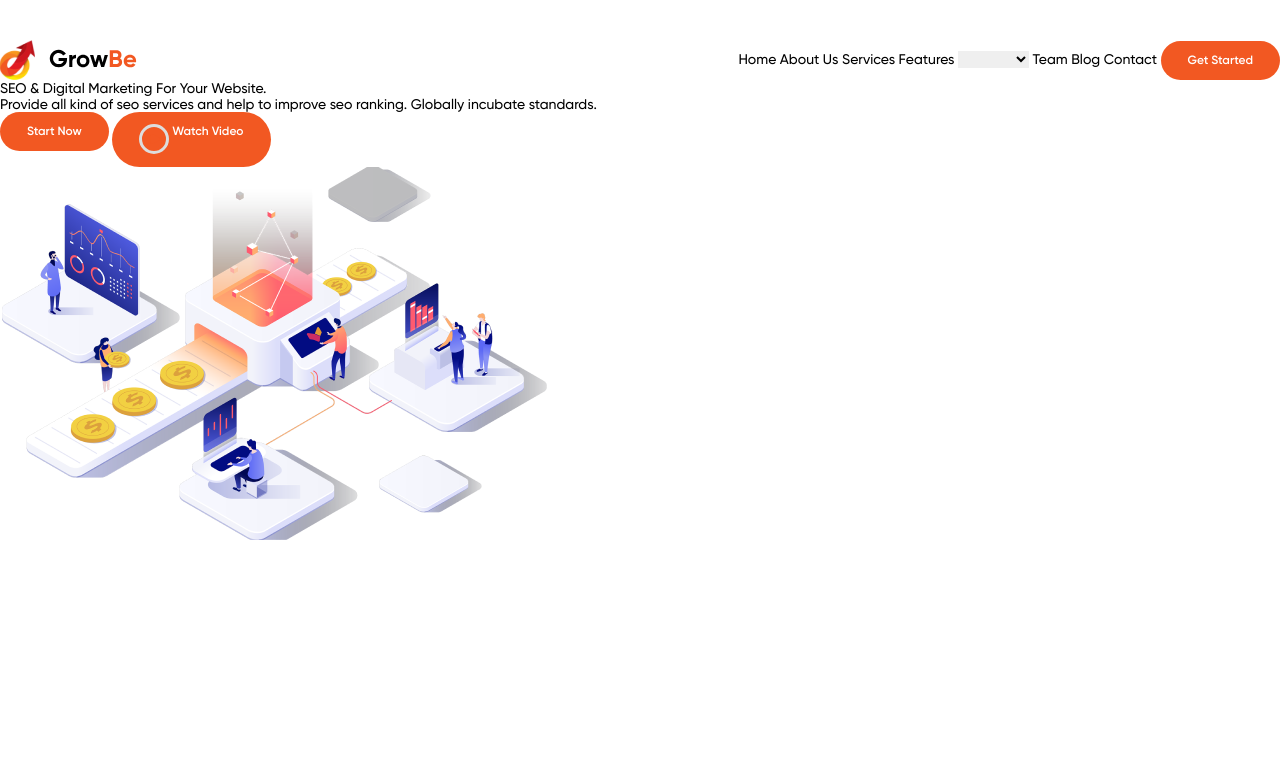
Repository: Alekseiy1980/GrowBe
Page: index.html
These files come from the project's save history. The page is drawn as it stood at one moment and after the next save; the edit follows.
The browser window is 1280 px wide. The pictures show the whole page.

Above is the page before, as saved 2024-01-20 13:00:43.

### index.html
<!DOCTYPE html>
<html lang="en">
<head>
    <meta charset="UTF-8">
    <meta name="viewport" content="width=device-width, initial-scale=1.0">

    <link rel="stylesheet" href="css/reset.css">
    <link rel="stylesheet" href="css/style.css">
    <title>GrowBe</title>
</head>
<body>
    <header>
        <div class="menu_bar">
            <div class="logo">
                <a class="logo-link" href="#">
                    <img src="/img/Logo.svg"  />
                </a>
            </div>
            <nav>
                <a class="menu menu_activ" href="@">Home</a>
                <a class="menu" href="@"> About Us</a>
                <a class="menu" href="@">Services</a>
                <label class="menu menu_label" for="pet-select">Features</label>
                    <select name="pets" id="pet-select">
                    <option value=""></option>
                    <option value="dog">Dog</option>
                    <option value="cat">Cat</option>
                    <option value="hamster">Hamster</option>
                    <option value="parrot">Parrot</option>
                    <option value="spider">Spider</option>
                    <option value="goldfish">Goldfish</option>
                    </select>

                <a class="menu" href="@">Team</a>
                <a class="menu" href="@">Blog</a>
                <a class="menu" href="@">Contact</a>
                <button class="btn_menu" type="button">Get Started</button>
            </nav>

        </div>
        <div class="home_meta">
            <div class="nome_content">
                <div class="home_title">
                    <h1>SEO & Digital <span>Marketing</span>  For Your Website.</h1>
                </div>
            <div class="sub_title">
                <p>Provide all kind of seo services and help to improve seo ranking. Globally incubate standards.</p>
            </div>
            <div class="btn_meta">
                <button class="btn_menu" type="button">Start Now</button>
                <button class="btn_menu" type="button">
                        <img
                            src="img/play.svg"
                            alt="play"
                            />
                    Watch Video</button>
            </div>
            </div>
            <div class="home_img">
                <img src="img/home_Image.png" alt="">
            </div>
        </div>
    </header>
</body>
</html>

### css/reset.css

* {
    padding: 0;
    margin: 0;
    border: 0;
}

*,
*::before,
*::after {
    -moz-box-sizing: border-box;
    -webkit-box-sizing: border-box;
    box-sizing: border-box;
}

:focus,
:active {
    outline: none;
}

a:focus,
a:active {
    outline: none;
}

nav,
footer,
header,
aside {
    display: block;
}

html,
body {
    height: 100%;
    width: 100%;
    font-size: 100%;
    line-height: 1;
    font-size: 14px;
    -ms-text-size-adjust: 100%;
    -moz-text-size-adjust: 100%;
    -webkit-text-size-adjust: 100%;
}

input,
button,
textarea {
    font-family: inherit;
}

input::-ms-clear {
    display: none;
}

button {
    cursor: pointer;
}

button::-moz-focus-inner {
    padding: 0;
    border: 0;
}

a,
a:visited {
    text-decoration: none;
}

a:hover {
    text-decoration: none;
}

ul li {
    list-style: none;
}

img {
    vertical-align: top;
}

h1,
h2,
h3,
h4,
h5,
h6 {
    font-size: inherit;
    font-weight: 400;
}

### css/style.css
@font-face {
	font-family: 'Gilroy-Bold';
	src: url(/fonts/Gilroy-Bold.ttf);
}


@font-face {
	font-family: 'Gilroy-Medium';
	src: url(/fonts/Gilroy-Medium.ttf);
}
@font-face{
    font-family: 'Gilroy_Regular';
    src: url(/fonts/Gilroy-Regular.ttf);
}

@font-face{
    font-family: 'Gilroy-SemiBold';
    src: url(/fonts/Gilroy-SemiBold.ttf);
}
body{
    font-family: Gilroy-Medium;
    font-size: 14px;
    font-style: normal;
    font-weight: 400;
    line-height: normal;
}

header {
    max-width: 1920px;
    margin: 0 auto;
}
.menu_bar{
    display: flex;
    justify-content: space-between;
    align-items: center;
    margin-top: 40px;
    height: 40px;
}

.logo{
    width: 137px;
    height: 40px;
}

.menu{
    color: #000;
    padding-top: 11px;
    padding-bottom: 12px;

}

.menu:hover{
    color: #F25822;
    font-family: Gilroy-SemiBold;
}

.btn_menu{
    color: #FFF;
    font-family: Gilroy-SemiBold;
    font-size: 12px;
    border-radius: 30px;
    background: #F25822;
    padding:12px 27px 13px;
}

.btn_menu:hover{
    background: #f84504;
}


.home_meta{
    margin-top: ;
}

After the next save:
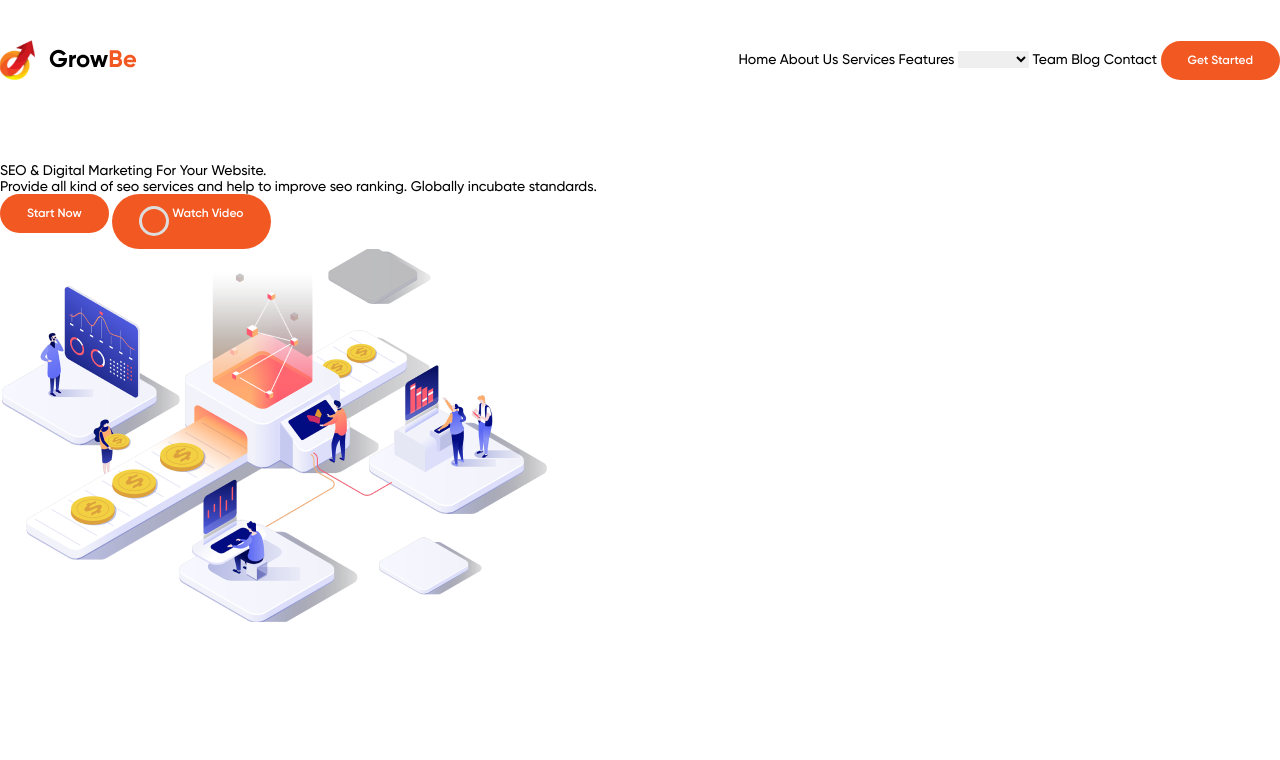
Saved 103 s later.
--- a/css/style.css
+++ b/css/style.css
@@ -69,5 +69,5 @@ header {
 
 
 .home_meta{
-    margin-top: ;
+    margin-top: 82px;
 }
